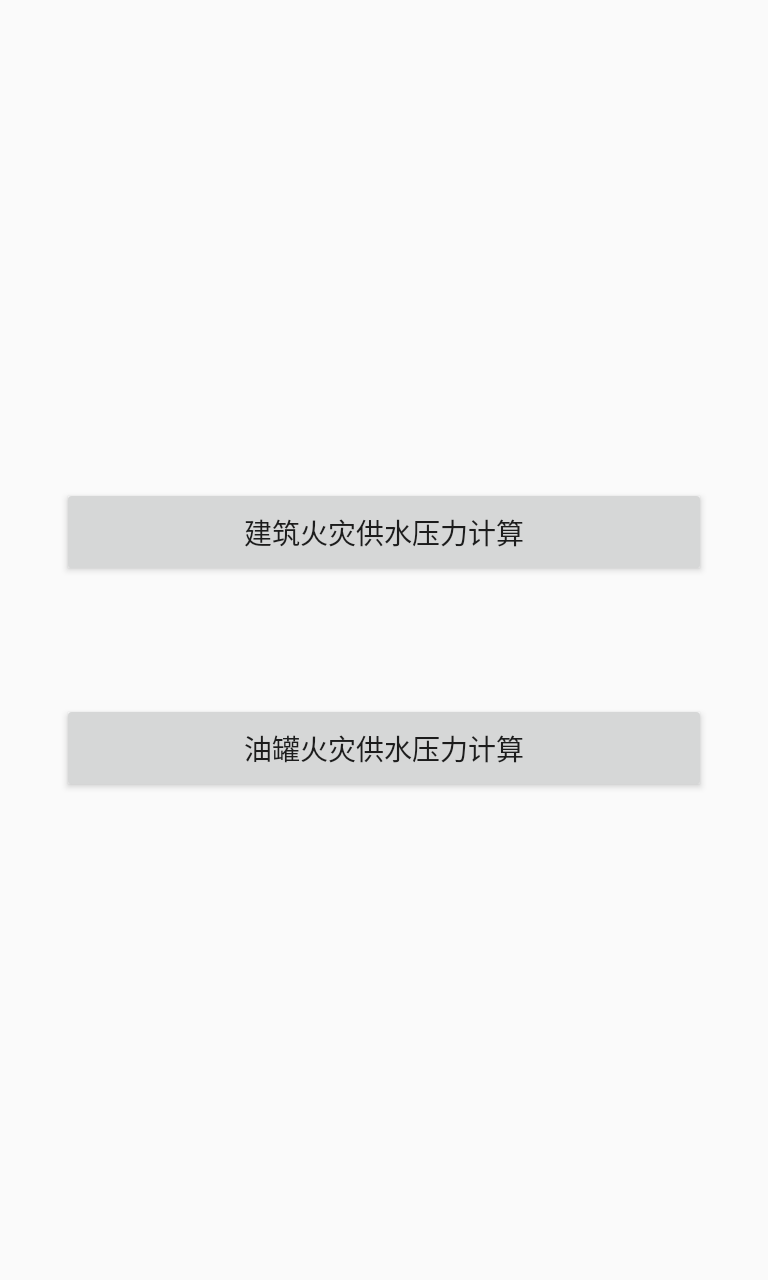
Repository: hohoTT/fireWork_handle_app
Layout: fireWork_handle_app/res/layout/water_power_pump.xml
These files come from the project's save history. The layout is drawn as it stood at one moment and after the next save; the edit follows.
It is drawn on a 768 x 1280 px phone screen (xhdpi) without system bars, with theme AppTheme; the app's code is not run.

Above is the layout before, as saved 2016-03-06 03:23:22.

### fireWork_handle_app/res/layout/water_power_pump.xml
<?xml version="1.0" encoding="utf-8"?>
<LinearLayout xmlns:android="http://schemas.android.com/apk/res/android"
    android:layout_width="match_parent"
    android:layout_height="match_parent"
    android:gravity="center_vertical"
    android:orientation="vertical" >

	<Button
        android:id="@+id/btu_water_power_pump_low"
	    android:layout_width="match_parent"
	    android:layout_height="wrap_content"
	    android:layout_margin="30dp"
	    android:text="@string/water_power_fire_building" />

    <Button
        android:id="@+id/btu_water_power_fire_oilcan"
	    android:layout_width="match_parent"
	    android:layout_height="wrap_content"
	    android:layout_margin="30dp"
	    android:text="@string/water_power_fire_oilcan" />


</LinearLayout>

### fireWork_handle_app/res/values/strings.xml
<?xml version="1.0" encoding="utf-8"?>
<resources>

    <string name="app_name">fireWork_handle_app</string>
    <string name="fire_calculate">现场计算</string>
    <string name="fire_agent">火灾剂用量计算</string>
    <string name="fire_plan">火灾预案</string>
    <string name="normal_fire">一般火灾计算</string>
    <string name="normal_fire_result">一般火灾用水量计算结果</string>
    <string name="oilcan_fire">油罐火灾情况下的计算</string>
    <string name="olican_fire_water">冷却用水量计算</string>
    <string name="olican_fire_foam">泡沫用量计算</string>
    <string name="olican_fire_water_result">该油罐火灾用水量计算结果</string>
    <string name="oilcan_fire_foam_result">该油罐火灾泡沫用量计算结果</string>
    <string name="water_power">供水压力计算</string>
    <string name="water_power_fire">火场供水压力计算</string>
    <string name="water_power_pump">水泵接合器供水技术计算</string>
    <string name="water_power_fire_building">建筑火灾供水压力计算</string>
    <string name="water_power_fire_building_result">建筑火灾火场供水压力计算结果</string>
    <string name="water_power_fire_oilcan">油罐火灾供水压力计算</string>
    <string name="water_power_fire_oilcan_result">油罐火灾供水压力计算结果</string>
    <string name="water_power_pump_low">建高小于50米的供水压力计算</string>
    <string name="water_power_pump_low_result">建高小于50米的供水压力计算结果</string>


    <string name="btu_water_power">供水压力计算</string>
    <string name="btu_oilcan_fire">油罐火灾计算</string>
    <string name="fire_area">请输入过火面积</string>
    <string name="olican_diameter">请输入油罐直径</string>
    <string name="text_olican_type">请选择您需要计算的油罐类型:</string>
    <string name="olican_type_fixed">固定顶油罐</string>
    <string name="olican_type_drift">浮顶油罐</string>
    <string name="olican_fire_foam_area">请输入油罐的燃烧面积</string>
    <string name="olican_fire_foam_flow">请输入流量</string>
    <string name="water_power_fire_building_count_feeder">请输入一条干线支线的数量</string>
    <string name="water_power_fire_building_count_groundline_band">请输入一条干线水带数量</string>
    <string name="water_power_fire_building_count_feeder_band">请输入一条支线水带数量</string>
    <string name="water_power_fire_building_height">请输入高度差</string>

    <string name="water_power_fire_oilcan_count_feeder">请输入一条干线支线的数量</string>
    <string name="water_power_fire_oilcan_count_groundline_band">请输入一条干线水带数量</string>
    <string name="water_power_fire_oilcan_count_feeder_band">请输入一条支线水带数量</string>
    <string name="water_power_fire_oilcan_height">请输入高度差</string>


    <string name="text_water">一般火灾中每秒的用水量为：</string>
    <string name="text_fire_time">10吨消防车可持续灭火的时间为：</string>
    <string name="text_oilcan_fire_water">该油罐火灾中每秒的用水量为：</string>
    <string name="text_oilcan_fire_foam_water">该油罐火灾中水的用量为：</string>
    <string name="text_oilcan_fire_form_stoste">该油罐火灾中泡沫原液的用量为：</string>
    <string name="text_water_power_fire_building_65">65mm水带建筑火灾的供水压力为：</string>
    <string name="text_water_power_fire_building_80">80mm水带建筑火灾的供水压力为：</string>
    <string name="text_water_power_fire_oilcan_65">65mm水带油罐火灾的供水压力为：</string>
    <string name="text_water_power_fire_oilcan_80">80mm水带油罐火灾的供水压力为：</string>


    <string name="btn_send">提交</string>

    <string name="hello_world">Hello world!</string>
    <string name="action_settings">Settings</string>





</resources>

Loaded but not shown: fireWork_handle_app/res/values/styles.xml (common file); fireWork_handle_app/res/values-v11/styles.xml (common file); fireWork_handle_app/res/values-v14/styles.xml (common file)

After the next save:
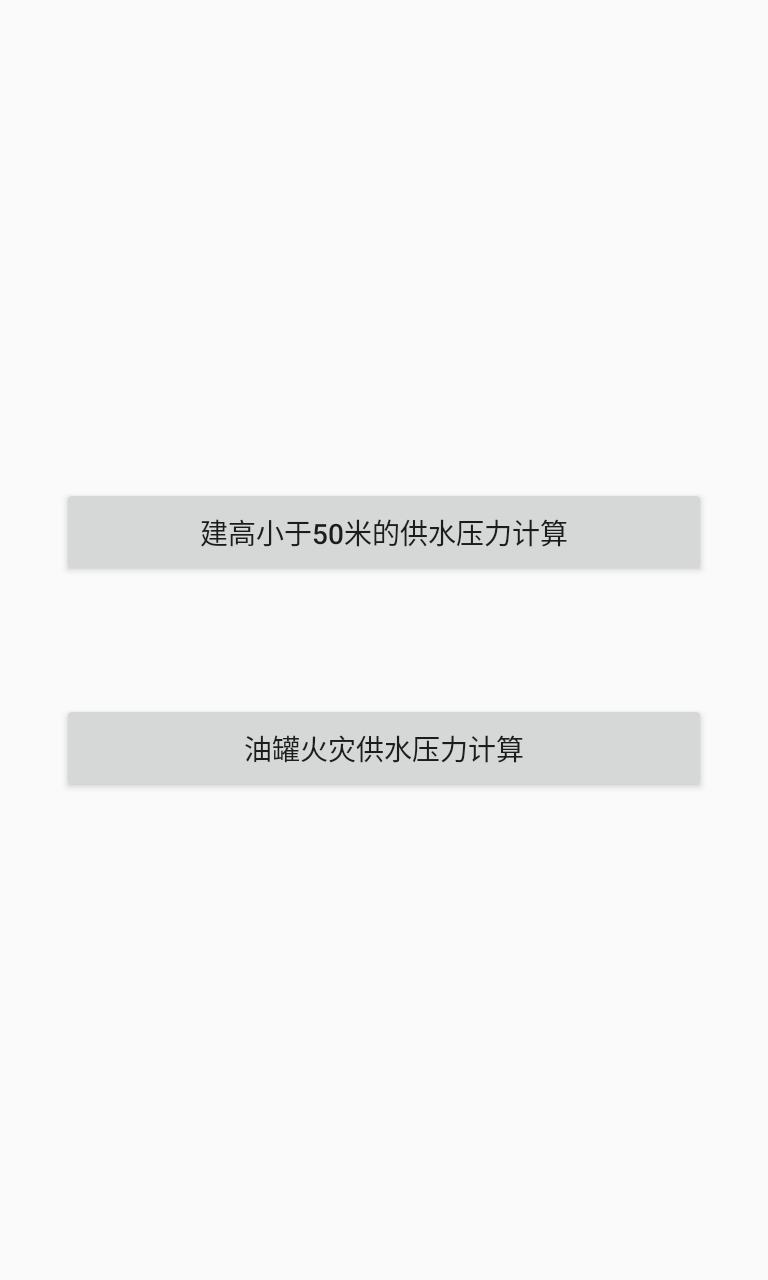
Saved 28 s later.
--- a/fireWork_handle_app/res/layout/water_power_pump.xml
+++ b/fireWork_handle_app/res/layout/water_power_pump.xml
@@ -10,10 +10,10 @@
 	    android:layout_width="match_parent"
 	    android:layout_height="wrap_content"
 	    android:layout_margin="30dp"
-	    android:text="@string/water_power_fire_building" />
+	    android:text="@string/water_power_pump_low" />
 
     <Button
-        android:id="@+id/btu_water_power_fire_oilcan"
+        android:id="@+id/btu_water_power_pump_high"
 	    android:layout_width="match_parent"
 	    android:layout_height="wrap_content"
 	    android:layout_margin="30dp"
